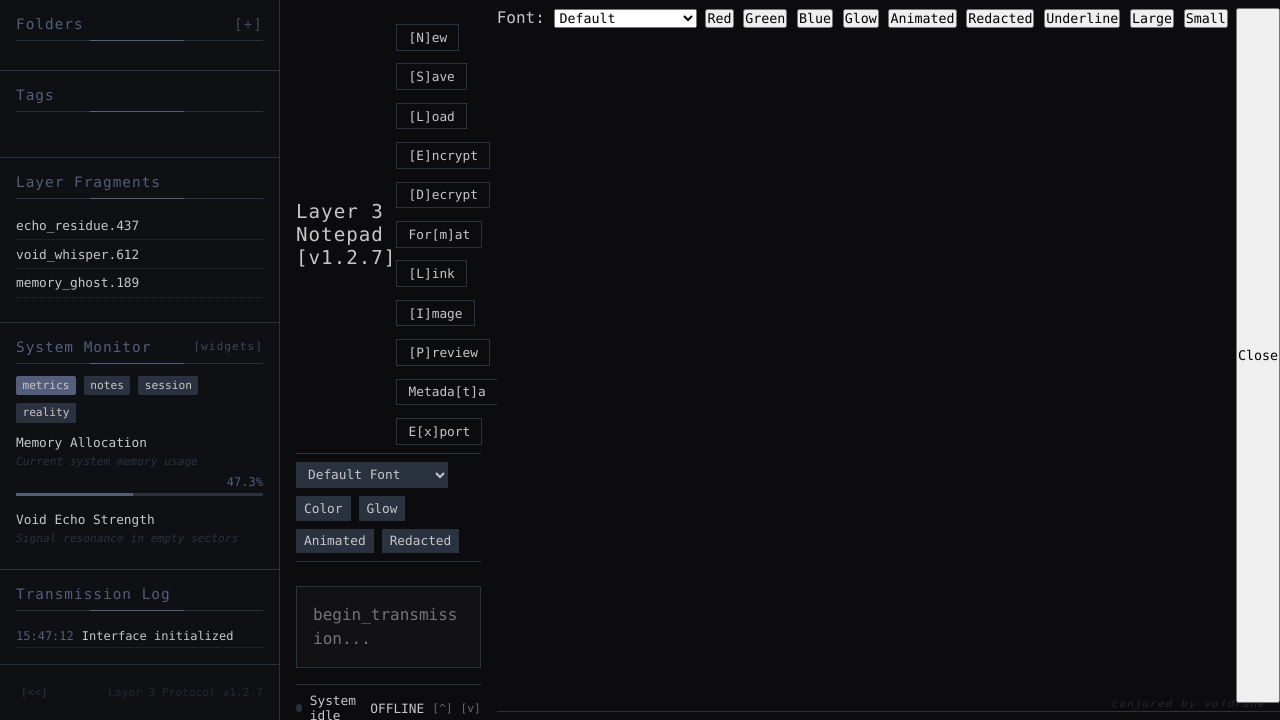
Repository: numbpill3d/layer_3_notes
Page: index.html
The author's editor kept a copy of each file at every save. The page is drawn from the files as they stood at one save, then again after the next save.
The browser window is 1280 px wide. The pictures show the whole page.
Some web fonts or font styles are not loaded; a fallback is used.

Above is the page before, as saved 2025-05-20 03:00:59.
Console error: TypeError: Cannot read properties of null (reading 'addEventListener')

After the next save:
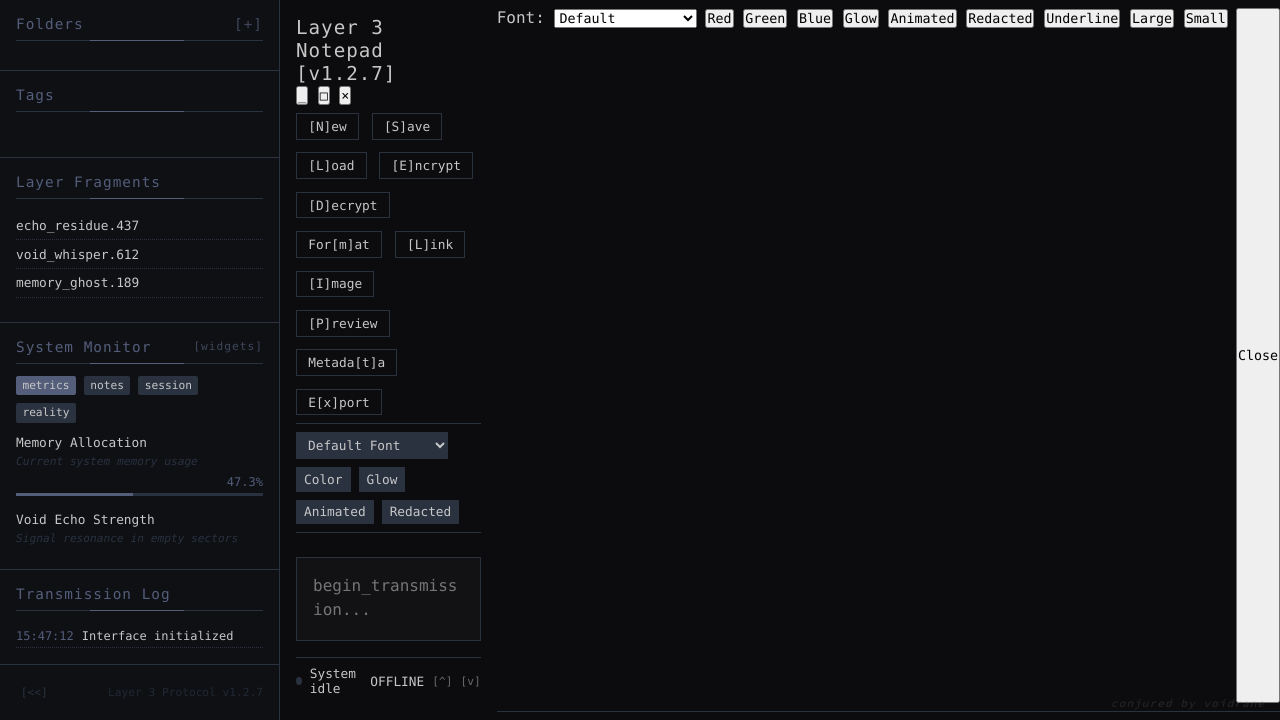
Saved 19 min 0 s later.
--- a/index.html
+++ b/index.html
@@ -234,8 +234,17 @@
     </div>
 
     <div class="container">
+        <div class="title-bar">
+            <div class="title-bar-drag-area">
+                <h1 class="title">Layer 3 Notepad [v1.2.7]</h1>
+            </div>
+            <div class="window-controls">
+                <button type="button" id="minimizeBtn" class="window-control-button">_</button>
+                <button type="button" id="maximizeBtn" class="window-control-button">□</button>
+                <button type="button" id="closeBtn" class="window-control-button">×</button>
+            </div>
+        </div>
         <div class="header">
-            <h1 class="title">Layer 3 Notepad [v1.2.7]</h1>
             <div class="controls">
                 <button type="button" id="newBtn" class="button">[N]ew</button>
                 <button type="button" id="saveBtn" class="button">[S]ave</button>
